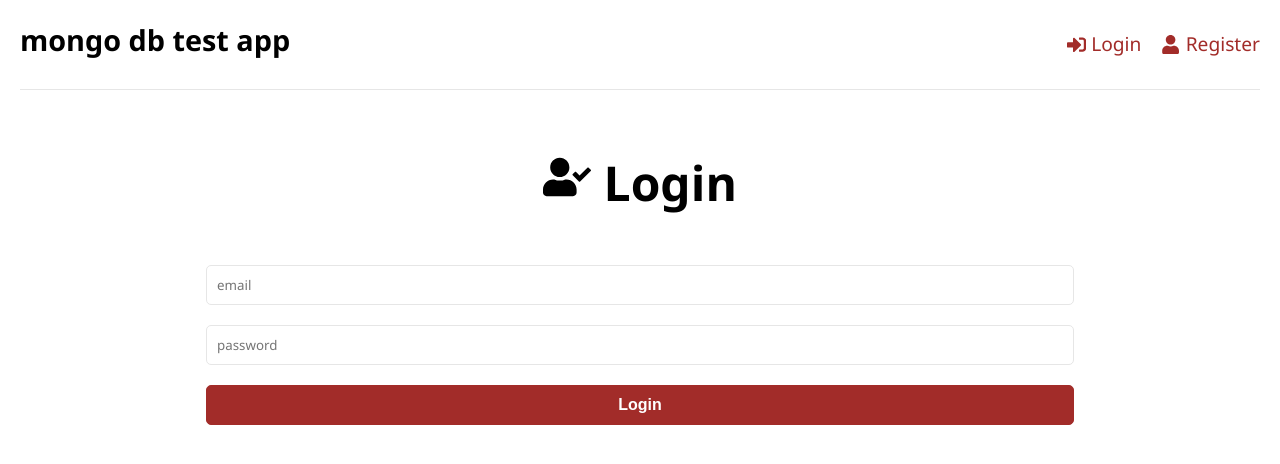
Repository: halilhaninan/MERNSTACK-Note-App
Page: / (app in frontend/)
An editor plug-in stored every save of this project. The page is shown before and after the next save, followed by the edit.
The browser window is 1280 px wide. The pictures show the whole page.
The project was rebuilt for these pictures with package versions that can differ from the ones it lists, and the page was loaded fresh each time. Also part of the build but not shown: frontend/src/Components/Spinner.jsx, frontend/src/Components/Not.jsx, frontend/src/pages/Register.jsx, frontend/src/features/counter/counterSlice.js, frontend/src/features/counter/counter.js, frontend/src/App.css.

Above is the page before, as saved 2022-09-03 10:49:20.

### frontend/src/index.js
import React from "react";
import ReactDOM from "react-dom";
import "./index.css";
import App from "./App";

import { store } from "./app/store";
import { Provider } from "react-redux";

// import { createStore } from "redux";
// import { Provider } from "react-redux";
// import butunRreducerler from "./reducers";

// const hesapla = (state = 0, action) => {
//   switch (action.type) {
//     case "topla":
//       return state + 1;
//     case "cikar":
//       return state - 1;
//     default:
//       return state;
//   }
// };

// let store = createStore(
//   butunRreducerler,
//   window.__REDUX_DEVTOOLS_EXTENSION__ && window.__REDUX_DEVTOOLS_EXTENSION__()
// );

// store.subscribe(() => console.log(store.getState()));
//const root = ReactDOM.createRoot(document.getElementById("root"));
ReactDOM.render(
  <Provider store={store}>
    <App />
  </Provider>,
  document.getElementById("root")
);

// If you want to start measuring performance in your app, pass a function
// to log results (for example: reportWebVitals(console.log))
// or send to an analytics endpoint. Learn more: https://bit.ly/CRA-vitals

### frontend/src/index.css
@import url("https://fonts.googleapis.com/css2?family=Lobster&display=swap");

* {
  margin: 0;
  padding: 0;
  box-sizing: border-box;
}

body {
  font-family: "Segoe UI", Tahoma, Geneva, Verdana, sans-serif;
  height: 100vh;
  font-size: larger;
}

a {
  text-decoration: none;
  color: #000;
}

p {
  line-height: 1.7;
}

ul {
  list-style: none;
}

li {
  line-height: 2.2;
}

h1,
h2,
h3 {
  font-weight: 600;
  margin-bottom: 10px;
}

.container {
  width: 100%;
  max-width: 1500px;
  margin: 0 auto;
  padding: 0 20px;
  text-align: center;
}

.header {
  display: flex;
  justify-content: space-between;
  align-items: center;
  padding: 20px 0;
  border-bottom: 1px solid #e6e6e6;
  margin-bottom: 60px;
}

.header ul {
  display: flex;
  align-items: center;
  justify-content: space-between;
}

.header ul li {
  margin-left: 20px;
}

.header ul li a {
  display: flex;
  align-items: center;
  color: #a22c29;
}

.header ul li a:hover {
  color: #f27059;
}

.header ul li a svg {
  margin-right: 5px;
}

.heading {
  font-size: 2rem;
  font-weight: 700;
  margin-bottom: 50px;
  padding: 0 20px;
}

.heading p {
  color: #828282;
}

.notlar {
  display: grid;
  grid-template-columns: repeat(3, 1fr);
  gap: 10px;
}

.not {
  background-color: #f4f4f4;
  margin: 10px 0;
  padding: 20px 0 10px;
  position: relative;
}

.not .close {
  position: absolute;
  top: 10px;
  right: 15px;
  cursor: pointer;
  border: none;
  background: none;
}

.form,
.content {
  width: 70%;
  margin: 0 auto;
}

.form-group {
  margin-bottom: 10px;
}

.form-group input,
.form-group textarea,
.form-group select {
  width: 100%;
  padding: 10px;
  border: 1px solid #e6e6e6;
  border-radius: 5px;
  margin-bottom: 10px;
  font-family: inherit;
}

.form-group label {
  text-align: left;
  display: block;
  margin: 0 0 5px 3px;
}

.btn {
  padding: 10px 20px;
  border: 1px solid #a22c29;
  border-radius: 5px;
  background: #a22c29;
  color: #fff;
  font-size: 16px;
  font-weight: 700;
  cursor: pointer;
  text-align: center;
  appearance: button;
  display: flex;
  align-items: center;
  justify-content: center;
}

.btn svg {
  margin-right: 8px;
}

.btn-reverse {
  background: #fff;
  color: #000;
}

.btn-block {
  width: 100%;
  margin-bottom: 20px;
}

.btn-add {
  background: #34a0a4 !important;
  border: 1px solid #34a0a4;
}

.btn:hover {
  transform: scale(0.98);
}

.loadingSpinnerContainer {
  position: fixed;
  top: 0;
  right: 0;
  bottom: 0;
  left: 0;
  background-color: rgba(0, 0, 0, 0.5);
  z-index: 5000;
  display: flex;
  justify-content: center;
  align-items: center;
}

.loadingSpinner {
  width: 64px;
  height: 64px;
  border: 8px solid;
  border-color: #000 transparent #555 transparent;
  border-radius: 50%;
  animation: spin 1.2s linear infinite;
}

@keyframes spin {
  0% {
    transform: rotate(0deg);
  }
  100% {
    transform: rotate(360deg);
  }
}

@media (max-width: 960px) {
  .notlar {
    grid-template-columns: repeat(2, 1fr);
  }
}

@media (max-width: 600px) {
  .form {
    width: 90%;
  }

  .heading h1 {
    font-size: 2rem;
  }

  .heading p {
    font-size: 1.5rem;
  }

  .notlar {
    grid-template-columns: repeat(1, 1fr);
  }
}

### frontend/src/App.js
import { BrowserRouter as Router, Routes, Route } from "react-router-dom";
import Header from "./Components/Header";
import Dashboard from "./pages/Dashboard";
import Login from "./pages/Login";
import Register from "./pages/Register";

// import { useSelector, useDispatch } from "react-redux";
// import { girisYap, topla, cikar } from "./actions";

import { ToastContainer } from "react-toastify";
import "react-toastify/dist/ReactToastify.css";
import Counter from "./features/counter/counter";
import "./App.css";

function App() {
  // return (
  //   <div>
  //     <Counter />
  //   </div>
  // );
  return (
    <>
      <Router>
        <div className="container">
          <Header></Header>
          <Routes>
            <Route path="/" element={<Dashboard />} />
            <Route path="/register" element={<Register />} />
            <Route path="/login" element={<Login />} />
          </Routes>
        </div>
      </Router>
      <ToastContainer />
    </>
  );
  //
  //
  //
  // const giris = useSelector((state) => state.giris);
  // const hesapla = useSelector((state) => state.hesapla);
  // const dispatch = useDispatch();
  // return (
  //   <div className="app">
  //     {giris ? (
  //       <>
  //         {hesapla}
  //         <button onClick={() => dispatch(topla())}>+</button>
  //         <button onClick={() => dispatch(cikar())}>-</button>
  //       </>
  //     ) : (
  //       <>
  //         <h3>please sign in</h3>
  //         <button onClick={() => dispatch(girisYap())}>sign in</button>
  //       </>
  //     )}
  //   </div>
  // );
}

export default App;

### frontend/src/app/store.js
import { configureStore } from "@reduxjs/toolkit";

import authReducer from "../features/auth/authSlice";
import notReducer from "../features/data/dataSlice";

export const store = configureStore({
  reducer: {
    auth: authReducer,
    notlar: notReducer,
  },
});

// yeni not olustururken altta olan kod gibi dataslice olustur sonra store.js den import et reducer ile tanimla ++ data service olusturuluyor

// import { createSlice, createAsyncThunk } from "@reduxjs/toolkit";

// const initialState = {
//   notlar: [],
//   isHata: false,
//   isBasari: false,
//   isYkleniyor: false,
//   mesaj: "",
// };

// export const notSlice = createSlice({
//   name: "notlar",
//   initialState,
//   reducers: {
//     reset: (state) => initialState,
//   },
// });

// export const { reset }  = notSlice.actions;
// export default notSlice.reducer;

### frontend/src/Components/Header.jsx
import React from "react";
import { FaSignInAlt, FaSignOutAlt, FaUser, FaPen } from "react-icons/fa";
import { Link, useNavigate } from "react-router-dom";
import { useSelector, useDispatch } from "react-redux";
import { logout, reset } from "../features/auth/authSlice";

function Header() {
  const navigate = useNavigate();
  const dispatch = useDispatch();

  const { kullanici } = useSelector((state) => state.auth);

  const onLogout = () => {
    dispatch(logout());
    dispatch(reset());
    navigate("/login");
  };

  return (
    <header className="header">
      <h2>mongo db test app </h2>
      <div className="logo"></div>
      <ul>
        {kullanici ? (
          <>
            <li>
              <Link to="/">
                <FaPen /> Create Note
              </Link>
            </li>
            <li>
              <button className="btn" onClick={onLogout}>
                Logout{" "}
              </button>
            </li>
          </>
        ) : (
          <>
            <li>
              <Link to="/login">
                <FaSignInAlt /> Login
              </Link>
            </li>
            <li>
              <Link to="/register">
                <FaUser /> Register
              </Link>
            </li>
          </>
        )}
      </ul>
    </header>
  );
}

export default Header;

### frontend/src/pages/Dashboard.jsx
import React, { useEffect } from "react";

import { useNavigate } from "react-router-dom";
import { useSelector, useDispatch } from "react-redux";
import NotForm from "../Components/NotForm";
import { notlarGetir, reset } from "../features/data/dataSlice";
import Spinner from "../Components/Spinner";
import Not from "../Components/Not";

function Dashboard() {
  const navigate = useNavigate();
  const dispatch = useDispatch();
  const { kullanici } = useSelector((state) => state.auth);
  const { notlar, isYukleniyor, isHata, isBasari, mesaj } = useSelector(
    (state) => state.notlar
  );

  useEffect(() => {
    if (isHata) {
      console.log(mesaj);
    }

    if (!kullanici) {
      navigate("/login");
      console.log("halilhan");
    }
    dispatch(notlarGetir());
    return () => {
      dispatch(reset());
    };
  }, [kullanici, navigate, isHata, mesaj, dispatch]);

  if (isYukleniyor) {
    <Spinner />;
  }

  return (
    <>
      <section className="heading">
        <h1>Merhaba {kullanici && kullanici.kullaniciAd}</h1>
        <p>add note</p>
      </section>
      <NotForm />
      <section className="content">
        {notlar.length > 0 ? (
          <div className="notlar">
            {notlar.map((not) => (
              <Not key={not._id} not={not} />
            ))}
          </div>
        ) : (
          <h3>henuz not yerletisrmediniz</h3>
        )}
      </section>
    </>
  );
}

export default Dashboard;

### frontend/src/pages/Login.jsx
import React, { useState, useEffect } from "react";

import { FaUserCheck } from "react-icons/fa";
import { useSelector, useDispatch } from "react-redux";
import { useNavigate } from "react-router-dom";
import { toast } from "react-toastify";
import { login, reset } from "../features/auth/authSlice";
import Spinner from "../Components/Spinner";

function Login() {
  const navigate = useNavigate();
  const dispatch = useDispatch();

  const { kullanici, isHata, isBasari, isYukleniyor, mesaj } = useSelector(
    (state) => state.auth
  );

  const [formData, setFormData] = useState({
    email: "",
    parola: "",
  });

  const { email, parola } = formData;

  const onChange = (e) => {
    setFormData((prev) => ({
      ...prev,
      [e.target.name]: e.target.value,
    }));
  };

  const onSubmit = (e) => {
    e.preventDefault();
    // console.log(formData);

    const userData = { email, parola };
    dispatch(login(userData));
  };

  useEffect(() => {
    if (isHata) {
      toast.error(mesaj);
    }
    if (isBasari || kullanici) {
      navigate("/");
    }
  }, [kullanici, isHata, isBasari, mesaj, navigate, dispatch, isYukleniyor]);

  if (isYukleniyor) {
    <Spinner />;
  }

  return (
    <>
      <section className="heading">
        <h1>
          <FaUserCheck /> Login
        </h1>
      </section>
      <section className="form">
        <form onSubmit={onSubmit}>
          <div className="form-group">
            <input
              type="email"
              classname="form-control"
              id="email"
              name="email"
              value={email}
              placeholder="email"
              onChange={onChange}></input>
          </div>
          <div className="form-group">
            <input
              type="password"
              classname="form-control"
              id="parola"
              name="parola"
              value={parola}
              placeholder="password"
              onChange={onChange}></input>
          </div>

          <div className="form-group">
            <button type="submit" className="btn btn-block">
              Login
            </button>
          </div>
        </form>
      </section>
    </>
  );
}

export default Login;

### frontend/src/features/auth/authSlice.js
import { createAsyncThunk, createSlice } from "@reduxjs/toolkit";
import authService from "./authService";

const kullanici = JSON.parse(localStorage.getItem("kullanici"));

const initialState = {
  kullanici: kullanici ? kullanici : null,
  isHata: false,
  isBasari: false,
  isYukleniyor: false,
  mesaj: "",
};

export const register = createAsyncThunk(
  "auth/register",
  async (user, thunkAPI) => {
    try {
      return await authService.register(user);
    } catch (error) {
      const mesaj =
        (error.response &&
          error.response.data &&
          error.response.data.message) ||
        error.message ||
        error.toString();

      return thunkAPI.rejectWithValue(mesaj);
    }
  }
);

export const authSlice = createSlice({
  name: "auth",
  initialState,
  reducers: {
    reset: (state) => {
      state.isHata = false;
      state.isBasari = false;
      state.isYukleniyor = false;
      state.mesaj = "";
    },
  },
  extraReducers: (builder) => {
    builder
      .addCase(register.pending, (state) => {
        state.isYukleniyor = true;
      })
      .addCase(register.fulfilled, (state, action) => {
        state.isYukleniyor = false;
        state.isBasari = true;
        state.kullanici = action.payload;
      })
      .addCase(register.rejected, (state, action) => {
        state.isYukleniyor = false;
        state.isHata = true;
        state.mesaj = action.payload;
        state.kullanici = null;
      }) //
      .addCase(login.pending, (state) => {
        state.isYukleniyor = true;
      })
      .addCase(login.fulfilled, (state, action) => {
        state.isYukleniyor = false;
        state.isBasari = true;
        state.kullanici = action.payload;
      })
      .addCase(login.rejected, (state, action) => {
        state.isYukleniyor = false;
        state.isHata = true;
        state.mesaj = action.payload;
        state.kullanici = null;
      })
      .addCase(logout.fulfilled, (state) => {
        state.kullanici = null;
      });
  },
});

export const logout = createAsyncThunk("auth/logout", async () => {
  await authService.logout();
});

export const login = createAsyncThunk("auth/login", async (user, thunkAPI) => {
  try {
    return await authService.login(user);
  } catch (error) {
    const mesaj =
      (error.response && error.response.data && error.response.data.message) ||
      error.message ||
      error.toString();

    return thunkAPI.rejectWithValue(mesaj);
  }
});

export const { reset } = authSlice.actions;
export default authSlice.reducer;

### frontend/src/features/data/dataSlice.js
import { createSlice, createAsyncThunk } from "@reduxjs/toolkit";
import thunk from "redux-thunk";
import dataService from "./dataService";

const initialState = {
  notlar: [],
  isHata: false,
  isBasari: false,
  isYukleniyor: false,
  mesaj: "",
};

export const notSlice = createSlice({
  name: "notlar",
  initialState,
  reducers: {
    reset: (state) => initialState,
  },
  extraReducers: (builder) => {
    builder
      .addCase(notOlustur.pending, (state) => {
        state.isYukleniyor = true;
      })
      .addCase(notOlustur.fulfilled, (state, action) => {
        state.isYukleniyor = false;
        state.isBasari = true;
        state.notlar.unshift(action.payload);
      })
      .addCase(notOlustur.rejected, (state, action) => {
        state.isYukleniyor = false;
        state.isHata = true;
        state.isBasari = false;
        state.mesaj = action.payload;
      })
      .addCase(notlarGetir.pending, (state) => {
        state.isYukleniyor = true;
      })
      .addCase(notlarGetir.fulfilled, (state, action) => {
        state.isYukleniyor = false;
        state.isBasari = true;
        state.notlar = action.payload;
      })
      .addCase(notlarGetir.rejected, (state, action) => {
        state.isYukleniyor = false;
        state.isBasari = false;
        state.isHata = true;
        state.mesaj = action.payload;
      })
      .addCase(notSil.pending, (state) => {
        state.isYukleniyor = true;
      })
      .addCase(notSil.fulfilled, (state, action) => {
        state.isYukleniyor = false;
        state.isBasari = true;
        state.notlar = state.notlar.filter(
          (not) => not._id !== action.payload.id
        );
      })
      .addCase(notSil.rejected, (state, action) => {
        state.isYukleniyor = false;
        state.isBasari = false;
        state.isHata = true;
        state.mesaj = action.payload;
      });
  },
});

export const notOlustur = createAsyncThunk(
  "notlar/create",
  async (notData, thunkAPI) => {
    try {
      const token = thunkAPI.getState().auth.kullanici.token;
      return await dataService.notOlustur(notData, token);
    } catch (error) {
      const mesaj =
        (error.response &&
          error.response.data &&
          error.response.data.message) ||
        error.message ||
        error.toString();

      return thunkAPI.rejectWithValue(mesaj);
    }
  }
);

export const notlarGetir = createAsyncThunk(
  "notlar/getAll",
  async (_, thunkAPI) => {
    try {
      const token = thunkAPI.getState().auth.kullanici.token;
      return await dataService.notlarGetir(token);
    } catch (error) {
      const mesaj =
        (error.response &&
          error.response.data &&
          error.response.data.message) ||
        error.message ||
        error.toString();

      return thunkAPI.rejectWithValue(mesaj);
    }
  }
);

export const notSil = createAsyncThunk(
  "notlar/delete",
  async (id, thunkAPI) => {
    try {
      const token = thunkAPI.getState().auth.kullanici.token;
      return await dataService.notSil(id, token);
    } catch (error) {
      const mesaj =
        (error.response &&
          error.response.data &&
          error.response.data.message) ||
        error.message ||
        error.toString();

      return thunkAPI.rejectWithValue(mesaj);
    }
  }
);

export const { reset } = notSlice.actions;
export default notSlice.reducer;

### frontend/src/Components/NotForm.jsx
import React, { useState } from "react";
import { useDispatch } from "react-redux";
import { notOlustur } from "../features/data/dataSlice";

function NotForm() {
  const [baslik, setBaslik] = useState("");
  const [aciklama, setAciklama] = useState("");
  const [oncelik, setOncelik] = useState("");

  const dispatch = useDispatch();

  const onSubmit = (e) => {
    e.preventDefault();
    // console.log(baslik, aciklama, oncelik);
    dispatch(notOlustur({ baslik, aciklama, oncelik }));
    setBaslik("");
    setAciklama("");
    setOncelik(1);
  };

  return (
    <section className="form">
      <form onSubmit={onSubmit}>
        <div className="form-group">
          <label htmlFor="baslik">Not baslik</label>
          <input
            type="text"
            id="baslik"
            name="baslik"
            value={baslik}
            onChange={(e) => setBaslik(e.target.value)}
          />
        </div>
        <div className="form-group">
          <label htmlFor="aciklama">Not aciklama</label>
          <input
            type="text"
            id="aciklama"
            name="aciklama"
            value={aciklama}
            onChange={(e) => setAciklama(e.target.value)}
          />
        </div>
        <div className="form-group">
          <label htmlFor="oncelik">Not oncelik</label>
          <select onChange={(e) => setOncelik(e.target.value)} value={oncelik}>
            <option value="1">Az oncelikli</option>
            <option value="2">oncelikli</option>
            <option value="3">Cok oncelikli</option>
          </select>
        </div>
        <div className="form-group">
          <button type="submit" className="btn btn-block btn-add">
            Not ekle
          </button>
        </div>
      </form>
    </section>
  );
}

export default NotForm;

### frontend/src/features/auth/authService.js
import axios from "axios";

const API_URL = "/api/kullanicilar/";

const register = async (kullaniciData) => {
  const response = await axios.post(API_URL, kullaniciData);

  if (response.data) {
    localStorage.setItem("kullanici", JSON.stringify(response.data));
  }

  return response.data;
};

const logout = () => {
  localStorage.removeItem("kullanici");
};

const login = async (kullaniciData) => {
  const response = await axios.post(API_URL + "login", kullaniciData);
  if (response.data) {
    localStorage.setItem("kullanici", JSON.stringify(response.data));
  }

  return response.data;
};

const authService = {
  register,
  logout,
  login,
};

export default authService;

### frontend/src/features/data/dataService.js
import axios from "axios";

const API_URL = "/api/notlar/";

const notOlustur = async (notData, token) => {
  const config = {
    headers: {
      Authorization: `Bearer ${token}`,
    },
  };
  const response = await axios.post(API_URL, notData, config);

  return response.data;
};

const notlarGetir = async (token) => {
  const config = {
    headers: {
      Authorization: `Bearer ${token}`,
    },
  };
  const response = await axios.get(API_URL, config);
  return response.data;
};

const notSil = async (notId, token) => {
  const config = {
    headers: {
      Authorization: `Bearer ${token}`,
    },
  };

  const response = await axios.delete(API_URL + notId, config);

  return response.data;
};

const dataService = {
  notOlustur,
  notlarGetir,
  notSil,
};

export default dataService;

Loaded but not shown: frontend/public/index.html (common file)

After the next save:
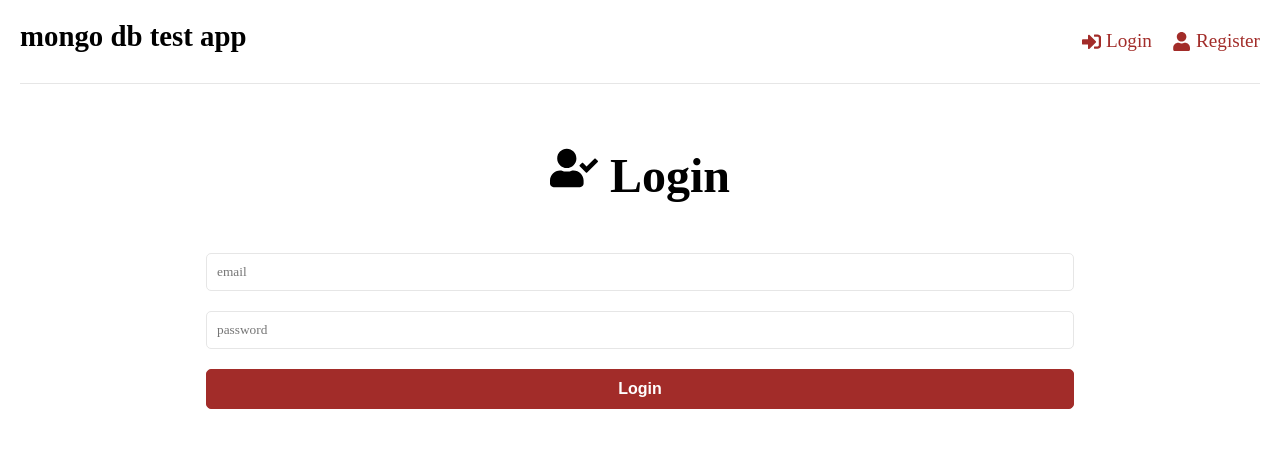
Saved 8 s later.
--- a/frontend/src/index.css
+++ b/frontend/src/index.css
@@ -7,7 +7,7 @@
 }
 
 body {
-  font-family: "Segoe UI", Tahoma, Geneva, Verdana, sans-serif;
+font-family:
   height: 100vh;
   font-size: larger;
 }
